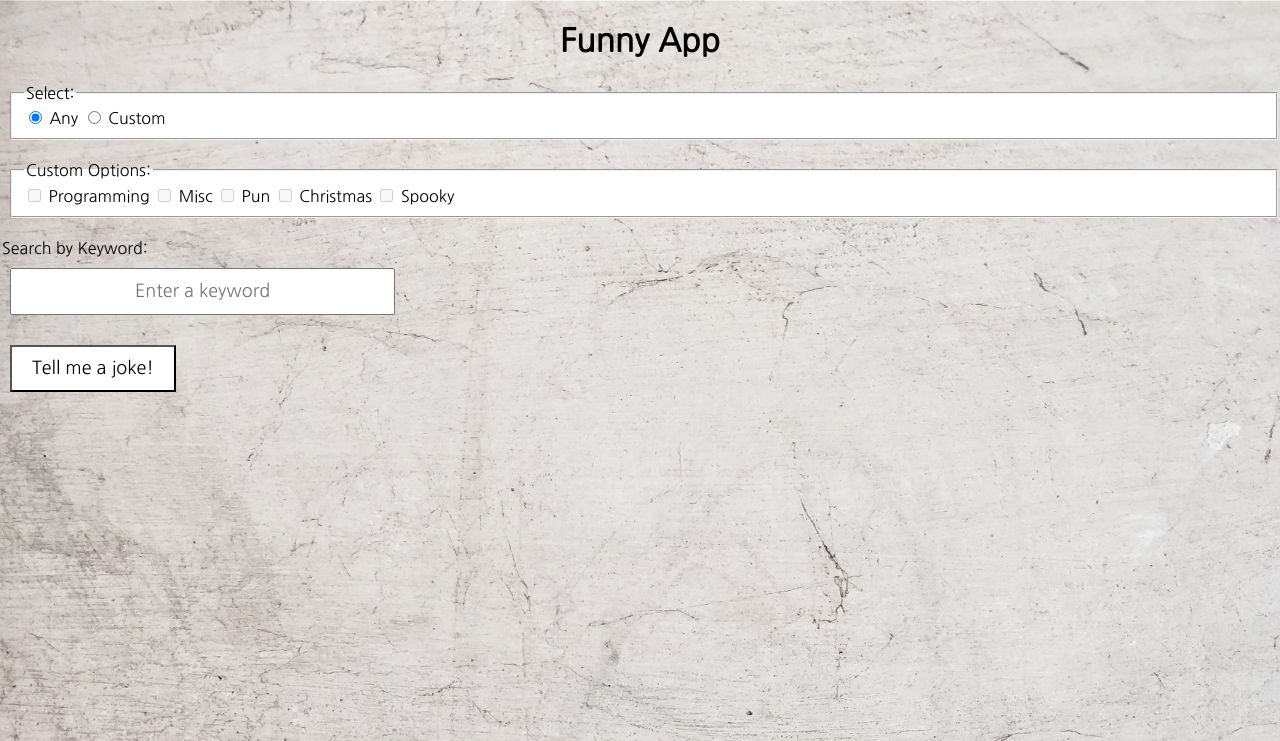
Repository: kaitlynMidori/dadJokeApi
Page: index.html
An editor plug-in stored every save of this project. The page is shown before and after the next save, followed by the edit.
The browser window is 1280 px wide. The pictures show the whole page.
Some web libraries are served in a nearby version.

Above is the page before, as saved 2021-01-08 12:17:41.

After the next save:
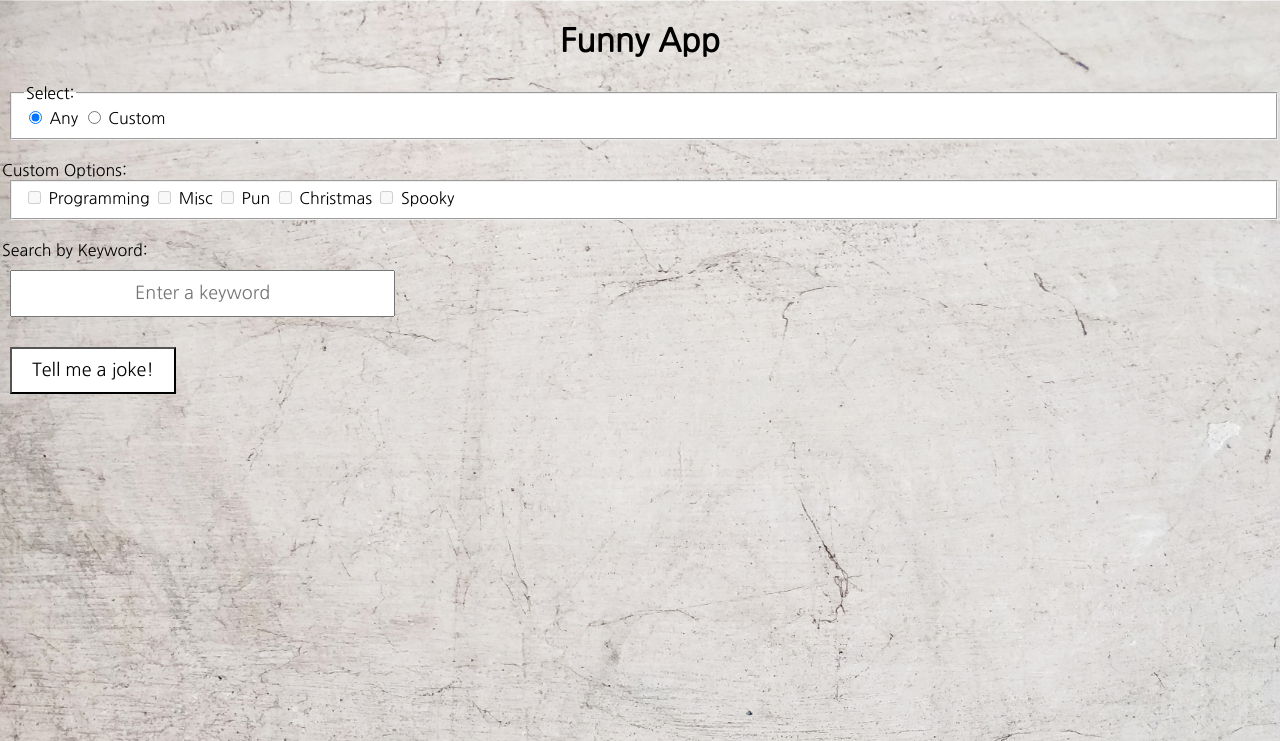
Saved 30 s later.
--- a/index.html
+++ b/index.html
@@ -27,9 +27,9 @@
         </fieldset>
 
         <br>
+        <legend>Custom Options:</legend>
+        <fieldset id="options" disabled>
 
-        <fieldset id="options" disabled>
-            <legend>Custom Options:</legend>
                 <div id="form-check form-check-inline">
                     <input type="checkbox" id="coding" name="category" value="Programming">
                     <label for="coding">Programming</label>
